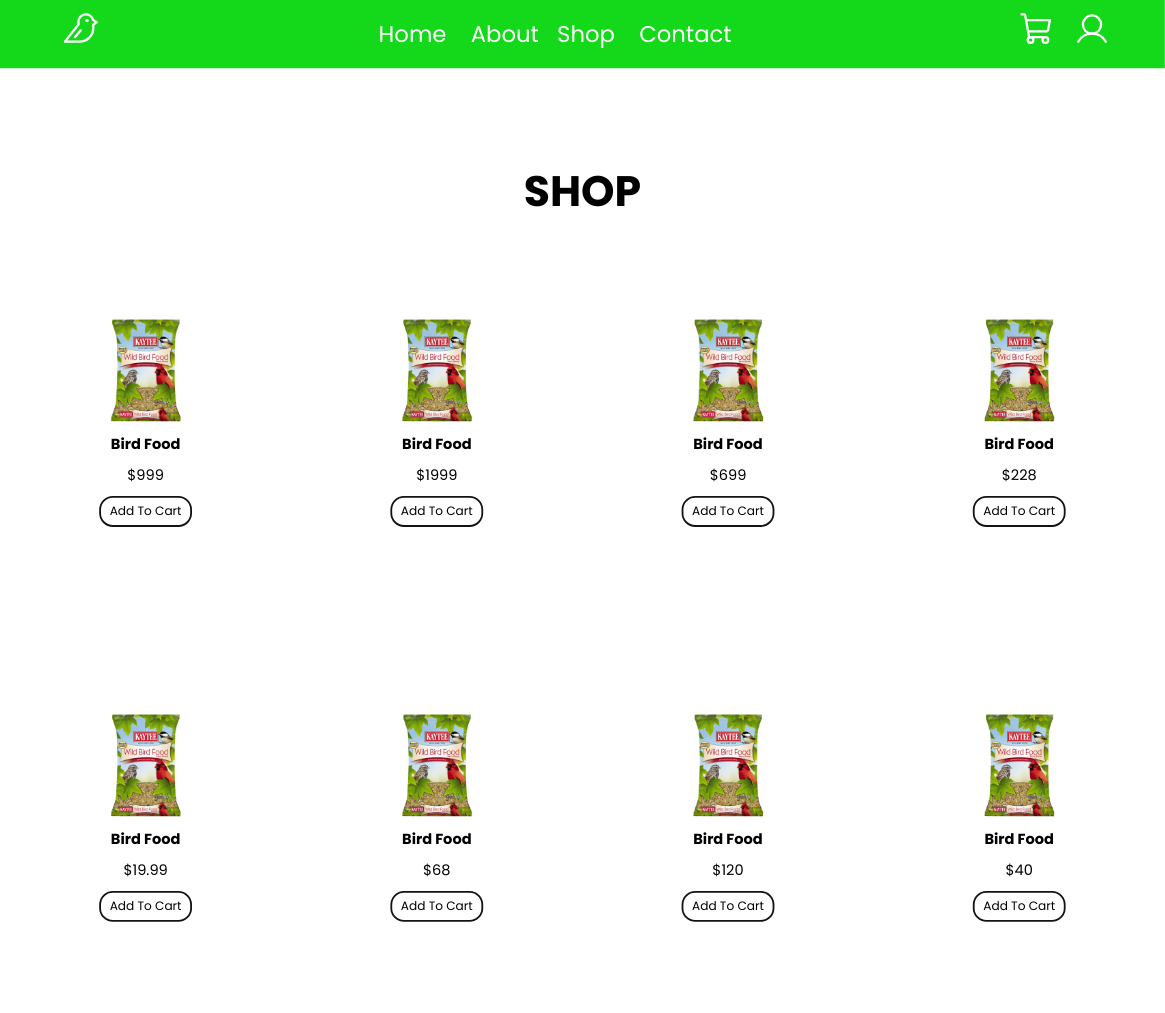
Repository: Vuhainam64/SWP391
Page: / (app in React/swp391-app/)
The author's editor kept a copy of each file at every save. The page is drawn from the files as they stood at one save, then again after the next save.
The browser window is 1280 px wide. The pictures show the whole page, at 91% of full size.
The project was rebuilt for these pictures with package versions that can differ from the ones it lists, and the page was loaded fresh each time. Also part of the build but not shown: React/swp391-app/src/pages/register/register.jsx, React/swp391-app/src/pages/home/home.jsx, React/swp391-app/src/pages/about/about.jsx, React/swp391-app/src/pages/contact/contact.css, React/swp391-app/src/pages/contact/contact.jsx, React/swp391-app/src/pages/cart/cart-item.jsx, React/swp391-app/src/pages/cart/cart.css, React/swp391-app/src/pages/cart/cart.jsx.

Above is the page before, as saved 2023-06-01 10:51:18.

After the next save:
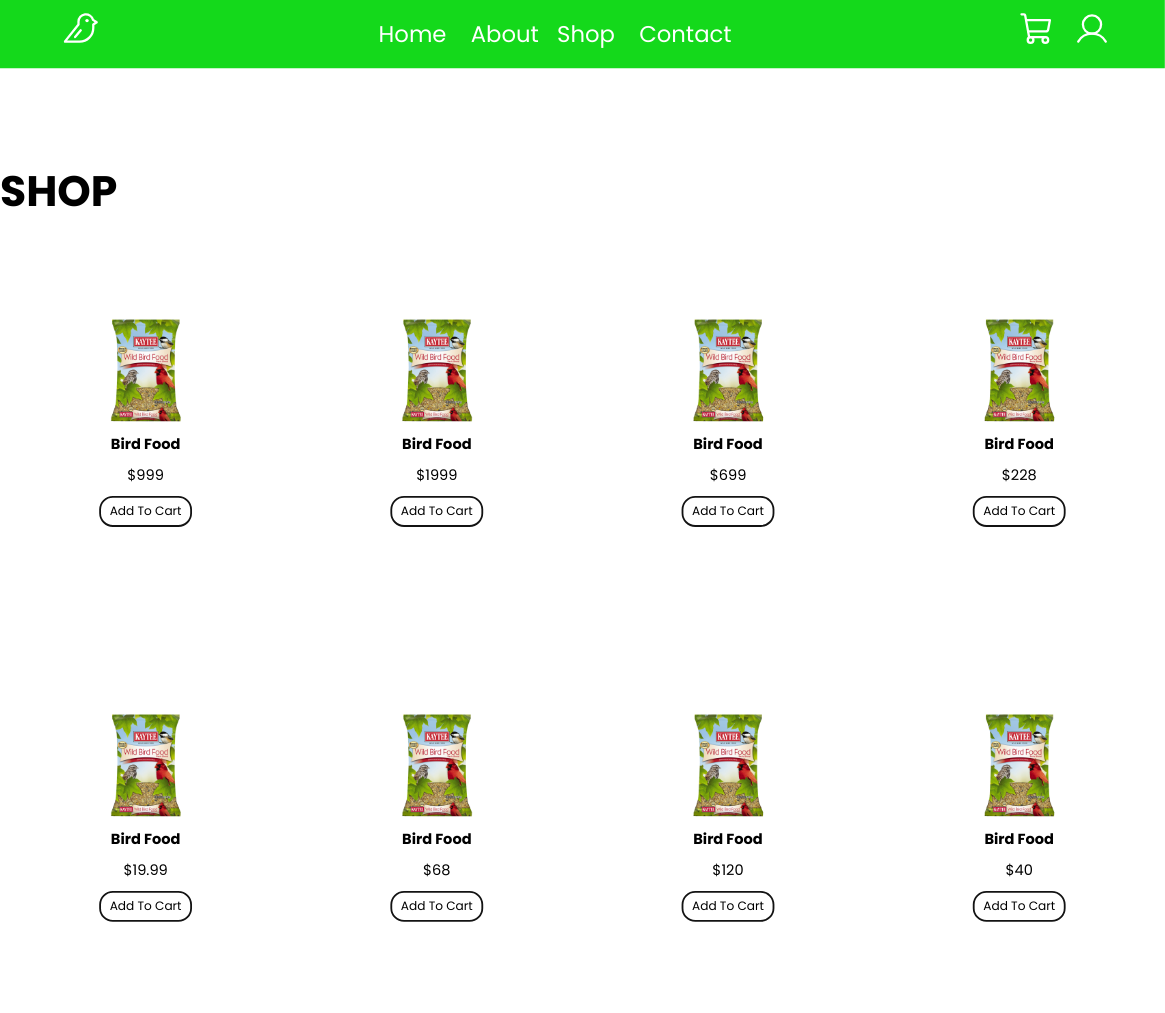
Saved 16 s later.
--- a/React/swp391-app/src/pages/shop/shop.css
+++ b/React/swp391-app/src/pages/shop/shop.css
@@ -53,6 +53,10 @@
 .description p,b{
     margin: 10px 0;
 }
+.shopTitle {
+    justify-self: left;
+}
 .shopTitle h3{
     font-weight: bolder;
+
 }
